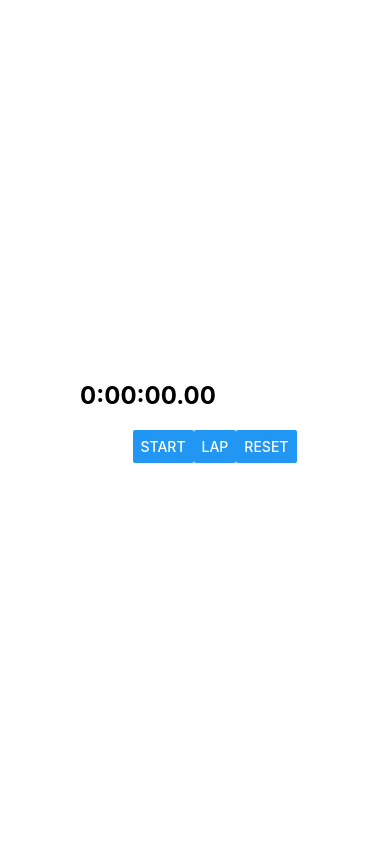
Repository: Shopify/eng-intern-assessment-react-native
Screen: /
The author's editor kept a copy of each file at every save. The screen is drawn from the files as they stood at one save, then again after the next save.
The app was drawn by React Native's web renderer in a window 390 px wide. The project was rebuilt for these pictures with package versions that can differ from the ones it lists, and the page was loaded fresh each time.

Above is the screen before, as saved 2024-01-13 12:12:25.

After the next save:
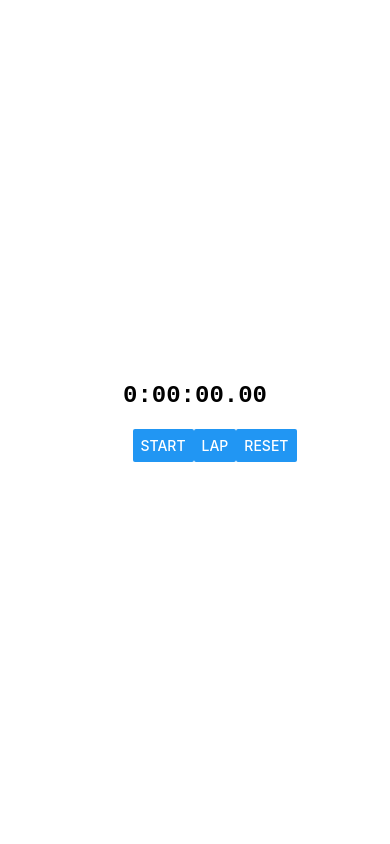
Saved 71 s later.
--- a/src/StopWatch.tsx
+++ b/src/StopWatch.tsx
@@ -61,20 +61,19 @@ const StopWatch = () => {
 const styles = StyleSheet.create({
   container: {
     flex: 1,
+    justifyContent: 'center',
     alignItems: 'center',
-    justifyContent: 'center',
   },
   timerContainer: {
-    minWidth: 250, // Adjust this width based on the expected longest time string
-    alignItems: 'flex-start', // Align items to the start (left)
-    justifyContent: 'center',
-    paddingHorizontal: 10, // Add some padding for aesthetics
+    minWidth: 250, // Adjust based on expected longest time string
+    paddingHorizontal: 10,
+    alignItems: 'center', // Center align the timer text horizontally
   },
   timerText: {
     fontSize: 24,
     fontWeight: 'bold',
-    // fontFamily: 'monospace', // Monospace font for equal character width
-    textAlign: 'left', // Align text to the left
+    fontFamily: 'monospace',
+    textAlign: 'center', // Center align the text
   },
   lapText: {
     fontSize: 16,
